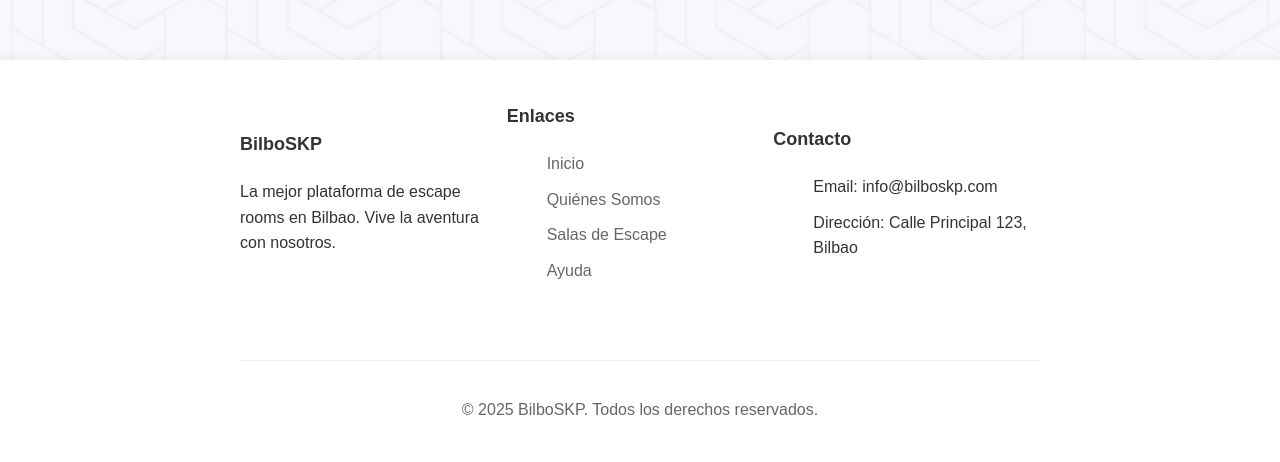
Repository: Andrew1447/Reto3-main
Page: http://localhost/bilboSKP/Registrar3.jsp
These files come from the project's save history. The page is drawn as it stood at one moment and after the next save; the edit follows.
The browser window is 1280 px wide. The pictures show the part of the page from y = 1119 to 1613 px (the page is 1581 px tall before and 1613 px after).
Backgrounds fixed to the window are drawn as part of the page. Some web fonts or font styles are not loaded; a fallback is used. The page is served by Tomcat 9. Other server files are loaded and not shown. The template is opened directly, without the code that normally fills it, so the values that code supplies are empty.

Above is the page before, as saved 2025-04-27 15:33:12.

### bilboSKP/src/main/webapp/styles/RegistroUser.css

:root {
    --primary-color: #3a7bd5;
    --secondary-color: #00d2ff;
    --accent-color: #ff6b6b;
    --background-color: #f5f7fa;
    --card-background: #ffffff;
    --text-color: #333333;
    --text-light: #666666;
    --border-color: #e0e0e0;
    --success-color: #4caf50;
    --error-color: #f44336;
    --shadow-sm: 0 2px 5px rgba(0, 0, 0, 0.1);
    --shadow-md: 0 4px 10px rgba(0, 0, 0, 0.1);
    --shadow-lg: 0 10px 20px rgba(0, 0, 0, 0.1);
    --radius: 8px;
    --transition: all 0.3s ease;
}

body {
    font-family: 'Ubuntu', sans-serif;
    background-color: var(--background-color);
    color: var(--text-color);
    line-height: 1.6;
    min-height: 100vh;
    display: flex;
    flex-direction: column;
}

a {
    color: var(--primary-color);
    text-decoration: none;
    transition: var(--transition);
}

a:hover {
    text-decoration: underline;
}


nav {
    display: flex;
    gap: 2rem;
}

nav a {
    color: var(--text-color);
    font-weight: 500;
    position: relative;
    padding: 0.5rem 0;
}

nav a:hover {
    color: var(--primary-color);
    text-decoration: none;
}

nav a::after {
    content: '';
    position: absolute;
    width: 0;
    height: 2px;
    bottom: 0;
    left: 0;
    background-color: var(--primary-color);
    transition: width 0.3s ease;
}

nav a:hover::after {
    width: 100%;
}

/* Main content */
main {
    flex: 1;
    padding: 2rem;
    position: relative;
    display: flex;
    justify-content: center;
    align-items: center;
}

.background-pattern {
    position: absolute;
    top: 0;
    left: 0;
    right: 0;
    bottom: 0;
    background-image: url('geometric-pattern.png');
    background-repeat: repeat;
    opacity: 0.1;
    z-index: -1;
}

.container {
    width: 100%;
    max-width: 800px;
    margin: 0 auto;
}

/* Card styles */
.card {
    background-color: var(--card-background);
    border-radius: var(--radius);
    box-shadow: var(--shadow-lg);
    padding: 2rem;
    transition: var(--transition);
}

.card-header {
    text-align: center;
    margin-bottom: 1.5rem;
}

.card-header h1 {
    font-size: 2rem;
    font-weight: 700;
    color: var(--primary-color);
    margin-bottom: 0.5rem;
}

.card-header p {
    color: var(--text-light);
}

/* Subscription highlight */
.subscription-highlight {
    background: linear-gradient(135deg, rgba(58, 123, 213, 0.1), rgba(0, 210, 255, 0.1));
    border-radius: var(--radius);
    padding: 1.5rem;
    margin-bottom: 2rem;
    position: relative;
    border: 1px solid rgba(58, 123, 213, 0.2);
    text-align: center;
}

.plan-badge {
    position: absolute;
    top: -12px;
    left: 50%;
    transform: translateX(-50%);
    background: linear-gradient(135deg, var(--primary-color), var(--secondary-color));
    color: white;
    padding: 0.25rem 1rem;
    border-radius: 20px;
    font-weight: 600;
    font-size: 0.875rem;
}

.plan-price {
    margin: 1rem 0;
    display: flex;
    justify-content: center;
    align-items: baseline;
}

.plan-price .price {
    font-size: 2.5rem;
    font-weight: 700;
    color: var(--primary-color);
}

.plan-price .period {
    font-size: 1.1rem;
    color: var(--text-light);
    margin-left: 0.25rem;
}

.plan-features {
    list-style-type: none;
    margin: 1.5rem 0 0.5rem;
    text-align: left;
    max-width: 400px;
    margin-left: auto;
    margin-right: auto;
}

.plan-features li {
    margin-bottom: 0.75rem;
    position: relative;
    padding-left: 1.75rem;
}

.plan-features li::before {
    content: "X";
    position: absolute;
    left: 0;
    color: var(--success-color);
    font-weight: bold;
}

/* Progress bar */
.progress-bar {
    margin-bottom: 2rem;
}

.progress-steps {
    display: flex;
    justify-content: space-between;
    align-items: center;
    margin-bottom: 0.5rem;
}

.step {
    display: flex;
    align-items: center;
    flex: 1;
}

.step:last-child {
    flex: 0;
}

.step-number {
    width: 30px;
    height: 30px;
    border-radius: 50%;
    background-color: var(--border-color);
    color: white;
    display: flex;
    align-items: center;
    justify-content: center;
    font-weight: 500;
    z-index: 1;
}

.step.active .step-number {
    background-color: var(--primary-color);
}

.step.completed .step-number {
    background-color: var(--success-color);
}

.step-line {
    flex: 1;
    height: 2px;
    background-color: var(--border-color);
    margin: 0 5px;
}

.step.active .step-line,
.step.completed .step-line {
    background-color: var(--primary-color);
}

.progress-labels {
    display: flex;
    justify-content: space-between;
}

.progress-labels span {
    font-size: 0.875rem;
    color: var(--text-light);
    flex: 1;
    text-align: center;
}

.progress-labels span:first-child {
    text-align: left;
}

.progress-labels span:last-child {
    text-align: right;
}

.progress-labels span.active {
    color: var(--primary-color);
    font-weight: 500;
}

/* Step content */
.step-content {
    margin-bottom: 1.5rem;
}

.step-content h2 {
    font-size: 1.5rem;
    margin-bottom: 1.5rem;
    color: var(--text-color);
}

.hidden {
    display: none;
}

/* Form styles */
.form-grid {
    display: grid;
    grid-template-columns: repeat(2, 1fr);
    gap: 1.5rem;
}

.form-group {
    margin-bottom: 1.5rem;
}

.form-row {
    display: flex;
    gap: 1rem;
}

.form-row .form-group {
    flex: 1;
}

label {
    display: block;
    margin-bottom: 0.5rem;
    font-weight: 500;
}

input[type="text"],
input[type="email"],
input[type="password"],
input[type="number"],
input[type="date"],
select {
    width: 100%;
    padding: 0.75rem 1rem;
    border: 1px solid var(--border-color);
    border-radius: var(--radius);
    font-family: 'Ubuntu', sans-serif;
    font-size: 1rem;
    transition: var(--transition);
}

input:focus,
select:focus {
    outline: none;
    border-color: var(--primary-color);
    box-shadow: 0 0 0 2px rgba(58, 123, 213, 0.2);
}

.input-icon {
    position: relative;
}

.input-icon .icon {
    position: absolute;
    left: 1rem;
    top: 50%;
    transform: translateY(-50%);
    width: 18px;
    height: 18px;
    color: var(--text-light);
}

.input-icon input {
    padding-left: 2.5rem;
}

/* Button styles */
.form-actions {
    display: flex;
    justify-content: space-between;
    gap: 1rem;
    margin-top: 2rem;
}

.btn {
    padding: 0.75rem 1.5rem;
    border: none;
    border-radius: var(--radius);
    font-family: 'Ubuntu', sans-serif;
    font-size: 1rem;
    font-weight: 600;
    cursor: pointer;
    transition: var(--transition);
    text-align: center;
    flex: 1;
}

.primary {
    background: linear-gradient(135deg, var(--primary-color), var(--secondary-color));
    color: white;
}

.primary:hover {
    transform: translateY(-3px);
    box-shadow: 0 5px 15px rgba(58, 123, 213, 0.3);
}

.secondary {
    background-color: transparent;
    border: 1px solid var(--border-color);
    color: var(--text-color);
}

.secondary:hover {
    background-color: var(--background-color);
}

/* Payment tabs */
.payment-tabs {
    margin-bottom: 2rem;
}

.tab-header {
    display: flex;
    border-bottom: 1px solid var(--border-color);
    margin-bottom: 1.5rem;
}

.tab-btn {
    padding: 0.75rem 1rem;
    background: none;
    border: none;
    font-family: 'Ubuntu', sans-serif;
    font-size: 1rem;
    font-weight: 500;
    color: var(--text-light);
    cursor: pointer;
    transition: var(--transition);
    border-bottom: 2px solid transparent;
}

.tab-btn.active {
    color: var(--primary-color);
    border-bottom-color: var(--primary-color);
}

.paypal-content {
    text-align: center;
    padding: 2rem;
}

.paypal-logo {
    height: 30px;
    margin-top: 1rem;
}

/* Order summary */
.order-summary {
    background-color: var(--background-color);
    border-radius: var(--radius);
    padding: 1.5rem;
    margin-bottom: 1.5rem;
}

.order-summary h3 {
    font-size: 1.1rem;
    margin-bottom: 1rem;
}

.summary-row {
    display: flex;
    justify-content: space-between;
    margin-bottom: 0.5rem;
}

.summary-total {
    display: flex;
    justify-content: space-between;
    padding-top: 0.75rem;
    margin-top: 0.75rem;
    border-top: 1px solid var(--border-color);
    font-weight: 600;
}

/* Terms notice */
.terms-notice {
    font-size: 0.875rem;
    color: var(--text-light);
    margin-bottom: 1.5rem;
}

/* Footer */
footer {
    background-color: var(--card-background);
    padding: 1.5rem 2rem;
    box-shadow: 0 -2px 10px rgba(0, 0, 0, 0.05);
}

.footer-content {
    max-width: 1200px;
    margin: 0 auto;
    display: flex;
    justify-content: space-between;
    align-items: center;
}

.footer-logo {
    display: flex;
    flex-direction: column;
    align-items: flex-start;
}

.logo-small {
    height: 30px;
    margin-bottom: 0.5rem;
}

.footer-logo p {
    font-size: 0.875rem;
    color: var(--text-light);
}

.footer-links {
    display: flex;
    gap: 1.5rem;
}

.footer-links a {
    font-size: 0.875rem;
    color: var(--text-light);
}

/* Responsive styles */
@media (max-width: 768px) {
    header {
        flex-direction: column;
        padding: 1rem;
        gap: 1rem;
    }

    nav {
        width: 100%;
        justify-content: center;
        gap: 1rem;
    }

    .form-grid {
        grid-template-columns: 1fr;
    }

    .form-row {
        flex-direction: column;
        gap: 1.5rem;
    }

    .footer-content {
        flex-direction: column;
        gap: 1rem;
        text-align: center;
    }

    .footer-logo {
        align-items: center;
    }
}

@media (max-width: 480px) {
    .card {
        padding: 1.5rem;
    }

    .card-header h1 {
        font-size: 1.5rem;
    }

    nav {
        flex-direction: column;
        align-items: center;
        gap: 0.5rem;
    }

    .progress-labels span {
        font-size: 0.75rem;
    }

    .form-actions {
        flex-direction: column;
    }

    .btn {
        margin-bottom: 0.5rem;
    }

    .footer-links {
        flex-direction: column;
        gap: 0.5rem;
    }
}

Loaded but not shown: bilboSKP/src/main/webapp/styles/style.css (205 lines, source omitted); bilboSKP/src/main/webapp/Registrar3.jsp (369 lines, source omitted)

After the next save:
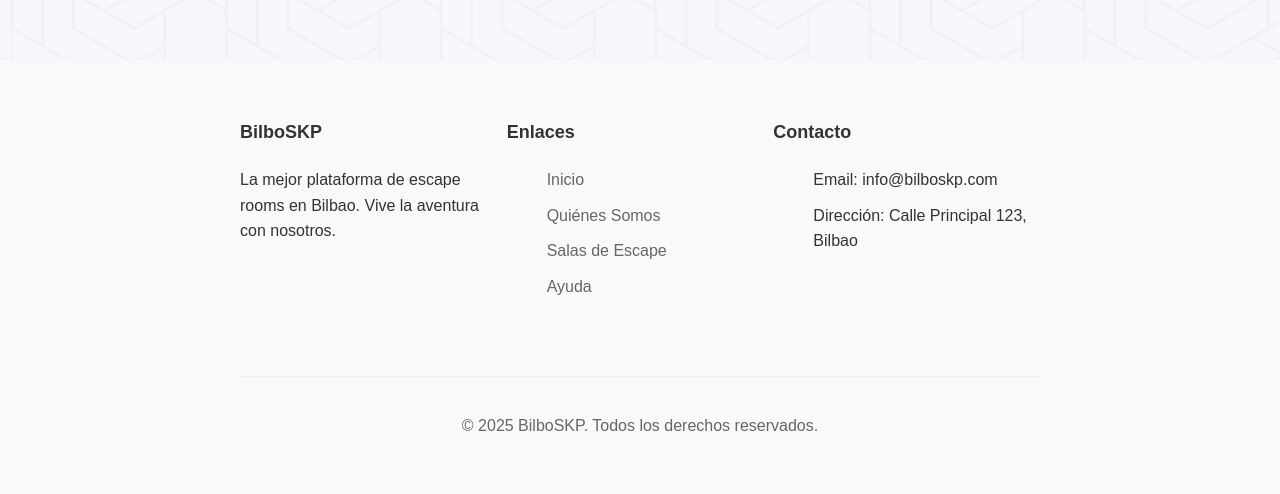
Saved 21 s later.
--- a/bilboSKP/src/main/webapp/styles/RegistroUser.css
+++ b/bilboSKP/src/main/webapp/styles/RegistroUser.css
@@ -465,47 +465,6 @@ select:focus {
     margin-bottom: 1.5rem;
 }
 
-/* Footer */
-footer {
-    background-color: var(--card-background);
-    padding: 1.5rem 2rem;
-    box-shadow: 0 -2px 10px rgba(0, 0, 0, 0.05);
-}
-
-.footer-content {
-    max-width: 1200px;
-    margin: 0 auto;
-    display: flex;
-    justify-content: space-between;
-    align-items: center;
-}
-
-.footer-logo {
-    display: flex;
-    flex-direction: column;
-    align-items: flex-start;
-}
-
-.logo-small {
-    height: 30px;
-    margin-bottom: 0.5rem;
-}
-
-.footer-logo p {
-    font-size: 0.875rem;
-    color: var(--text-light);
-}
-
-.footer-links {
-    display: flex;
-    gap: 1.5rem;
-}
-
-.footer-links a {
-    font-size: 0.875rem;
-    color: var(--text-light);
-}
-
 /* Responsive styles */
 @media (max-width: 768px) {
     header {
